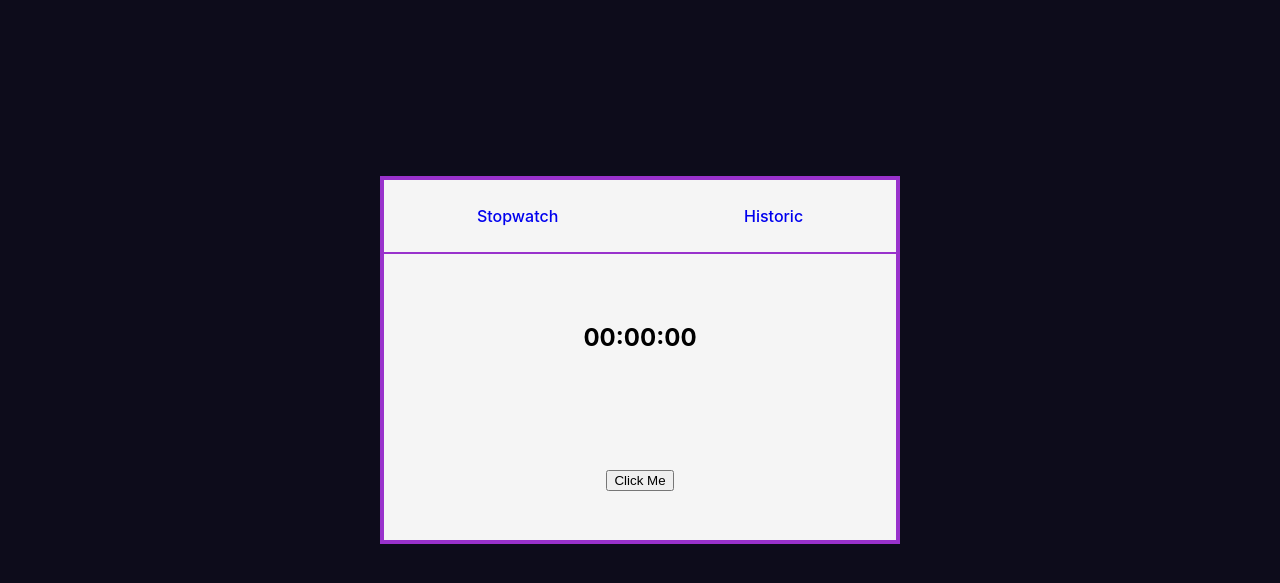
Repository: NicolasRSJ/fastdoubleclick
Page: /
An editor plug-in stored every save of this project. The page is shown before and after the next save, followed by the edit.
The browser window is 1280 px wide. The pictures show the whole page.
The project was rebuilt for these pictures with package versions that can differ from the ones it lists, and the page was loaded fresh each time.

Above is the page before, as saved 2022-10-27 20:35:13.

### src/App.js
import './App.css';
import { Stopwatch } from './Views/Stopwatch/Index';


function App() {
  return (
    <div className="App">
      <Stopwatch/>
    </div>
  );
}

export default App;

### src/App.css
.App {
  background-color: #0d0c1b;
  width: 100vw;
  height: 100vh;
  display: flex;
  flex-direction: column;
  align-items: center;
  justify-content: center;
  text-align: center;
}

### src/Views/Stopwatch/Index.jsx
import React, { useState, useEffect } from 'react'
import "./Index.css"

export const Stopwatch = () => {

    const [ time, setTimer ] = useState(0)
    const [ start, setStart ] = useState(false)

    useEffect(() => {
        let interval = null;

        if(start) {
            interval = setInterval(() => {
                setTimer(prevTime => prevTime + 10)
            }, 10);
        }else {
            clearInterval(interval);
        }

        return () => clearInterval(interval)
    }, [start])

  return (
    <div className="container">
        <nav className="navigation">
            <p><a href='/'>Stopwatch</a></p>
            <p><a href='/historic'>Historic</a></p>
        </nav>
        <section className="contents">
            <h1>
                <span>{("0" + Math.floor((time / 60000) % 60)).slice(-2)}:</span>
                <span>{("0" + Math.floor((time / 1000) % 60)).slice(-2)}:</span>
                <span>{("0" + (time / 10) % 1000).slice(-2)}</span>
            </h1>
            <button onClick={() => {setStart(true)}}>Click Me</button>
        </section>
    </div>
  )
}

### src/Views/Stopwatch/Index.css
.container {
    width: 40%;
    height: 50vh;
    display: flex;
    flex-direction: column;
    background-color: whitesmoke;
    border: 4px solid darkorchid;
}

.navigation {
    width: 100%;
    height: 20%;
    display: flex;
    align-items: center;
    justify-content: space-around;
    border-bottom: 2px solid darkorchid;
}

.navigation p a {
    font-size: medium;
    font-weight: 500;
    text-decoration: none;
}

.contents {
    width: 100%;
    height: 80%;
    display: flex;
    align-items: center;
    justify-content: space-around;
    flex-direction: column;
}

Loaded but not shown: public/index.html (common file); src/index.js (common file); src/index.css (common file); src/reportWebVitals.js (common file)

After the next save:
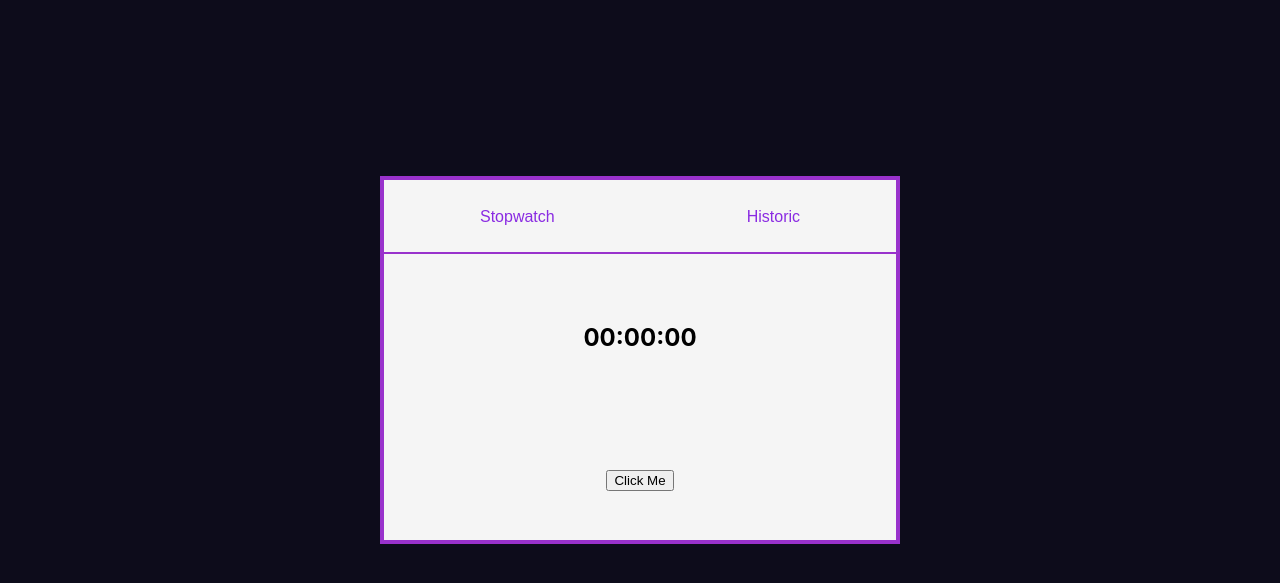
Saved 48 s later.
--- a/src/Views/Stopwatch/Index.css
+++ b/src/Views/Stopwatch/Index.css
@@ -20,6 +20,8 @@
     font-size: medium;
     font-weight: 500;
     text-decoration: none;
+    font-family: sans-serif;
+    color: blueviolet;
 }
 
 .contents {
